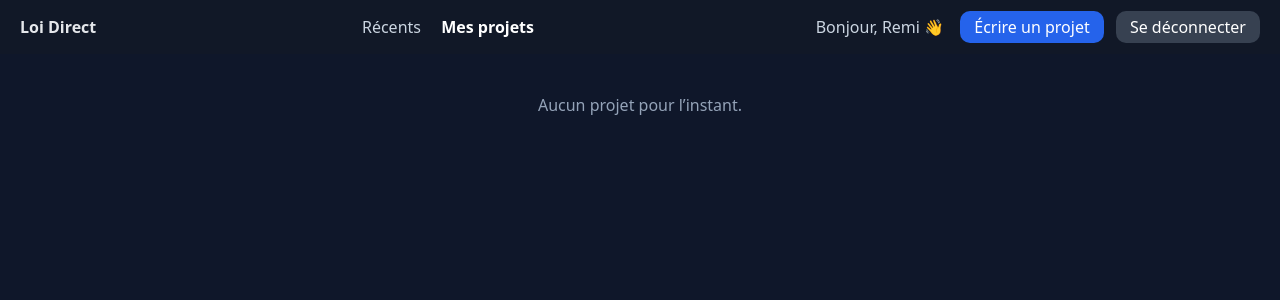
Repository: remi77130/loi-direct
Page: http://localhost/loi/index.php?mine=1
The author's editor kept a copy of each file at every save. The page is drawn from the files as they stood at one save, then again after the next save.
The browser window is 1280 px wide. The pictures show the whole page.
The page is run by PHP 8.4 with error messages shown; the project is at /var/www/html/. The session is filled in as if someone had signed in: {"user_id": 37, "pseudo": "Remi"}. The database holds what the project's SQL file puts in it.

Above is the page before, as saved 2025-09-15 15:55:38.

After the next save:
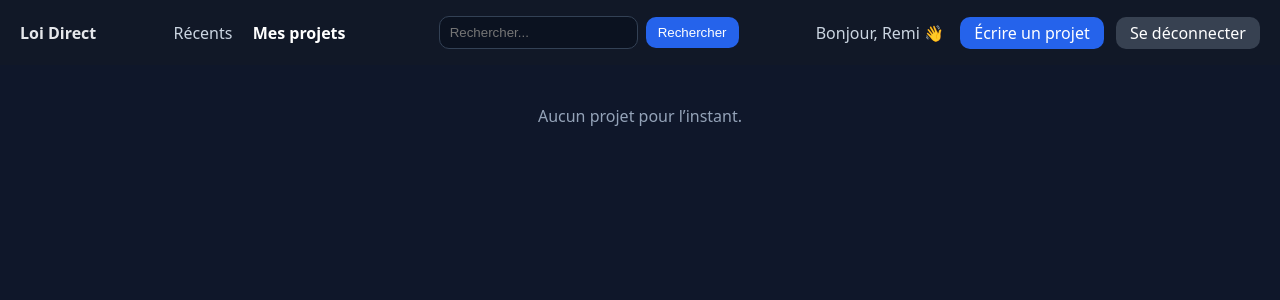
Saved 115 s later.
--- a/index.php
+++ b/index.php
@@ -102,6 +102,14 @@ $totalPages = max(1, (int)ceil($totalRows / $per));
     <a href="index.php" class="<?php echo !$mine?'active':'';?>">Récents</a>
     <a href="index.php?mine=1" class="<?php echo $mine?'active':'';?>">Mes projets</a>
   </nav>
+  <form method="get" action="index.php" style="display:flex;gap:8px;align-items:center">
+  <?php if ($mine): ?><input type="hidden" name="mine" value="1"><?php endif; ?>
+  <input name="q" value="<?php echo htmlspecialchars($q, ENT_QUOTES); ?>" placeholder="Rechercher..."
+         style="padding:8px 10px;border-radius:10px;border:1px solid #334155;background:#0b1220;color:#e5e7eb">
+  <button class="btn" type="submit" style="padding:8px 12px">Rechercher</button>
+  <?php if ($q !== ''): ?><a class="btn" href="index.php<?php echo $mine?'?mine=1':''; ?>" style="background:#374151">Effacer</a><?php endif; ?>
+</form>
+
   <div>
     <span style="margin-right:12px;color:#cbd5e1">Bonjour, <?php echo htmlspecialchars($_SESSION['pseudo'],ENT_QUOTES); ?> 👋</span>
     <a class="btn" href="write.php">Écrire un projet</a>
